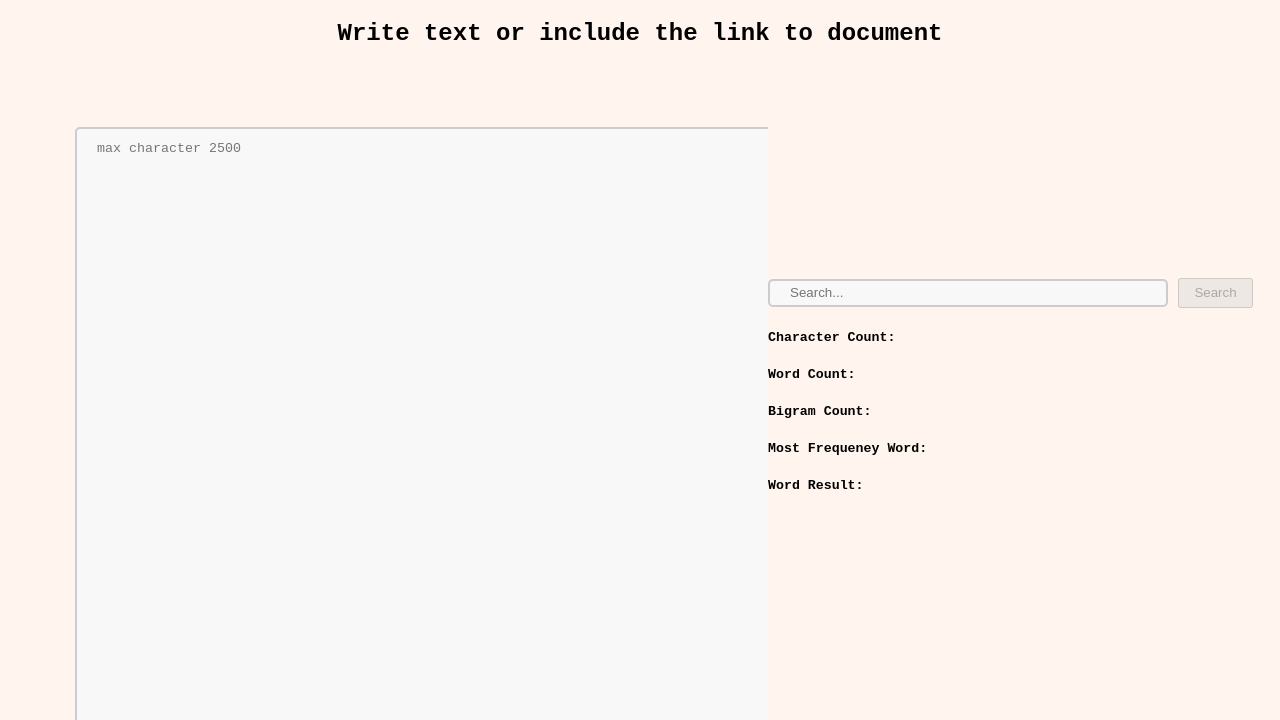
Repository: zitac234/TTPProject
Page: /
The author's editor kept a copy of each file at every save. The page is drawn from the files as they stood at one save, then again after the next save.
The browser window is 1280 px wide. The pictures show the whole page.
The project was rebuilt for these pictures with package versions that can differ from the ones it lists, and the page was loaded fresh each time. Also part of the build but not shown: webpack.config.js.

Above is the page before, as saved 2021-06-20 02:34:49.

### public/index.html
<!DOCTYPE html>
<html lang="en">
<head>
      <meta charset="UTF-8">
      <meta http-equiv="X-UA-Compatible" content="IE=edge">
      <meta name="viewport" content="width=device-width, initial-scale=1.0">
      <script src="/bundle.js" defer></script>
      <title>Google Word Count</title>
      <link rel="stylesheet" href="/style.css" />
</head>
<body>
      <div id="app"></div>
</body>
</html>

### client/index.js
import React from 'react';
// import Form from './Form'
import CreateForm from './CreateForm'
import ReactDOM from 'react-dom';

ReactDOM.render(
  // <Form/>,
  <CreateForm/>,
  document.getElementById('app')
)

### client/CreateForm.js
import React, { useState } from 'react'
import Form  from './Form'

// export default class CreateForm extends React.Component{
//       constructor(){
//             super()
//             this.state = {
//                   search :'',
//                   text : '',
//             }
//             this.handleChange = this.handleChange.bind(this)
//             this.handleSubmit = this.handleSubmit.bind(this)
//             this.countSentence = this.countSentence.bind(this)
//       }
//       handleChange(evt){
//             this.setState({
//                   [evt.target.name]: evt.target.value
//             })
//       }
//       countSentences(){
//             let regex = /[!\.\?]/
//             let textSplit = this.state.text.split(regex)
//             let sentenceArray = textSplit.filter(sentence => sentence && sentence.trim())
//             return sentenceArray.length
//       }
//       async handleSubmit (evt){
//             evt.preventDefault()
//       }
//       render(){
//             return (
//                   <Form
//                   {...this.state }
//                   handleChange={this.handleChange}
//                   handleSubmit={this.handleSubmit}
//                   numberOfSentence = {this.countSentences}
//                   />
//             )
//       }
// }

export default function CreateForm (props) {
      const [text, setText] = useState('')
      const [search, setSearch] = useState('')
      let numberOfSentence = 0
      function handleChange(evt){
            if(evt.target.name === 'text') setText(evt.target.value)
            else setSearch(evt.target.value)
            // numberOfSentence = countSentences(text)
            console.log('text:', text, 'numberOfSentence', numberOfSentence)
      }
      function handleSubmit(evt){
            evt.preventDefault()
      }
      return(
            <Form
                  // {...this.state }
                  text={text}
                  search={search}
                  handleChange={handleChange}
                  handleSubmit={handleSubmit}
                  numberOfSentence = {countSentences }
                  />
      )
}
const countSentences = (str)=>{
      let regex = /[!\.\?]/
      let textSplit = str.split(regex)
      let sentenceArray = textSplit.filter(sentence => sentence && sentence.trim())
      return sentenceArray.length
}

### client/Form.js
import React from 'react'

export default function Form(props){
      console.log('props', props)
      return (
            <div>
                  <h2 id = 'paragraph'>Write text or include the link to document</h2>
                  <div className = 'split left'>
                        <div  className = 'centered'>
                              <p  id = 'line'><textarea  name= 'text'   onChange={props.handleChange} id = 'textarea'  placeholder = 'max character 2500' maxLength='2500'></textarea></p>
                        </div>
                  </div>
                  <div className = 'split right'>
                        <div className = 'centered'>
                              <form  onSubmit={props.handleSubmit} >
                                    <input  name="search"  onChange={props.handleChange} type="text" placeholder = 'Search...'/>
                                    <button  type='submit' disabled={!props.search}>Search</button>
                              </form>
                              <h5>Character Count:</h5>
                              <h5>Word Count:</h5>
                              {/* <h5>Sentence Count:{props.numberOfSentence()}</h5> */}
                              <h5>Bigram  Count:</h5>
                              <h5>Most Frequeney Word:</h5>
                              <h5>Word Result:</h5> {/*word serch result */}
                        </div>
                  </div>
            </div>
      )
}

### public/style.css
body{
      font-family: 'Courier New', Courier, monospace;
      background-color: seashell;
}
.split{
      height: 100%;
      position: fixed;
      z-index: 1;
      top: 0;
      overflow-x: hidden;
      overflow-y: hidden
}
#line{
      border-right: 2px solid red;
      padding: 75px;
}
.left{
      left:0;
      width: 60%;
}
.right{
      right:0%;
      width: 40%;
}
.centered {
      position: absolute;
      top: 5%;
}
textarea {
      width: 700px;
      height: 650px;
      left: 5%;
}
input{
      margin-top: 50%;
      width: 400px;
      height:25px;
}
input, textarea{
      padding: 12px 20px;
      box-sizing: border-box;
      border: 2px solid #ccc;
      border-radius: 5px;
      background-color: #f8f8f8;
      resize: none;
}
button{
      width:75px;
      height: 30px;
      margin-left: 10px;
}
#paragraph{
      text-align: center;
}

After the next save:
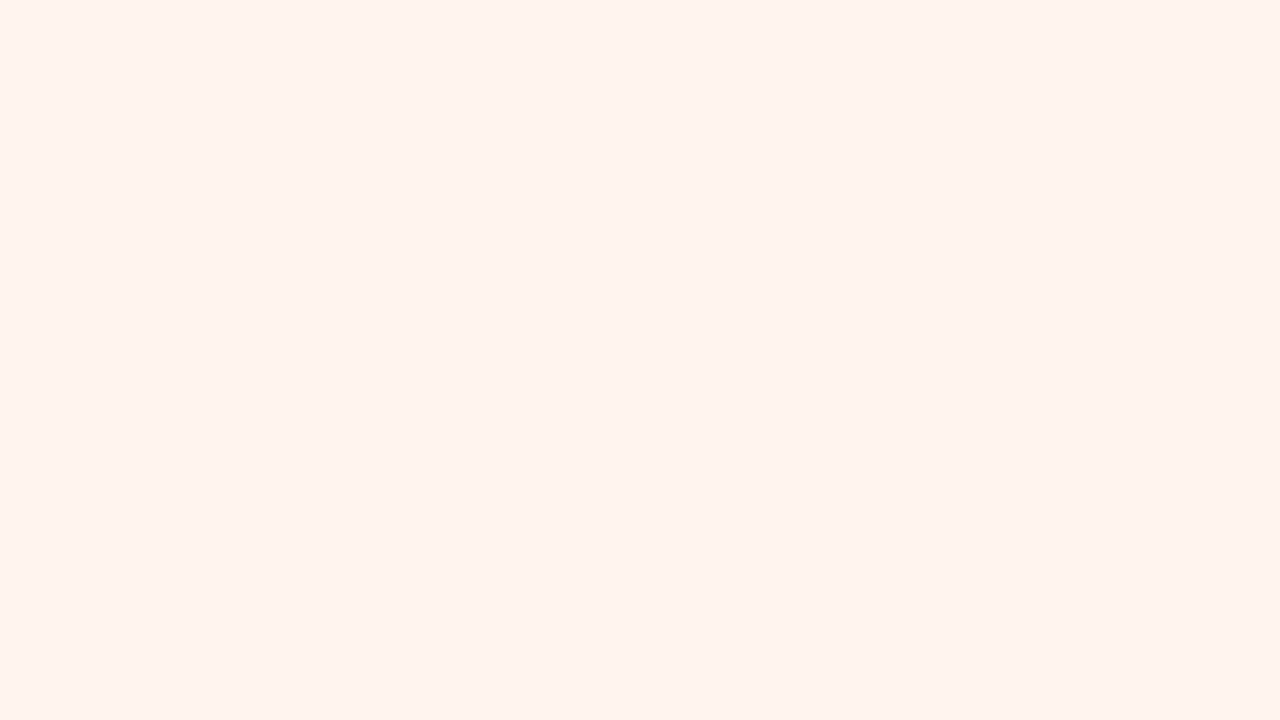
Console error: TypeError: Cannot read properties of undefined (reading 'split')
Saved 10 s later.
--- a/client/Form.js
+++ b/client/Form.js
@@ -18,7 +18,7 @@
                               </form>
                               <h5>Character Count:</h5>
                               <h5>Word Count:</h5>
-                              {/* <h5>Sentence Count:{props.numberOfSentence()}</h5> */}
+                              <h5>Sentence Count:{props.numberOfSentence()}</h5>
                               <h5>Bigram  Count:</h5>
                               <h5>Most Frequeney Word:</h5>
                               <h5>Word Result:</h5> {/*word serch result */}

After the save that followed:
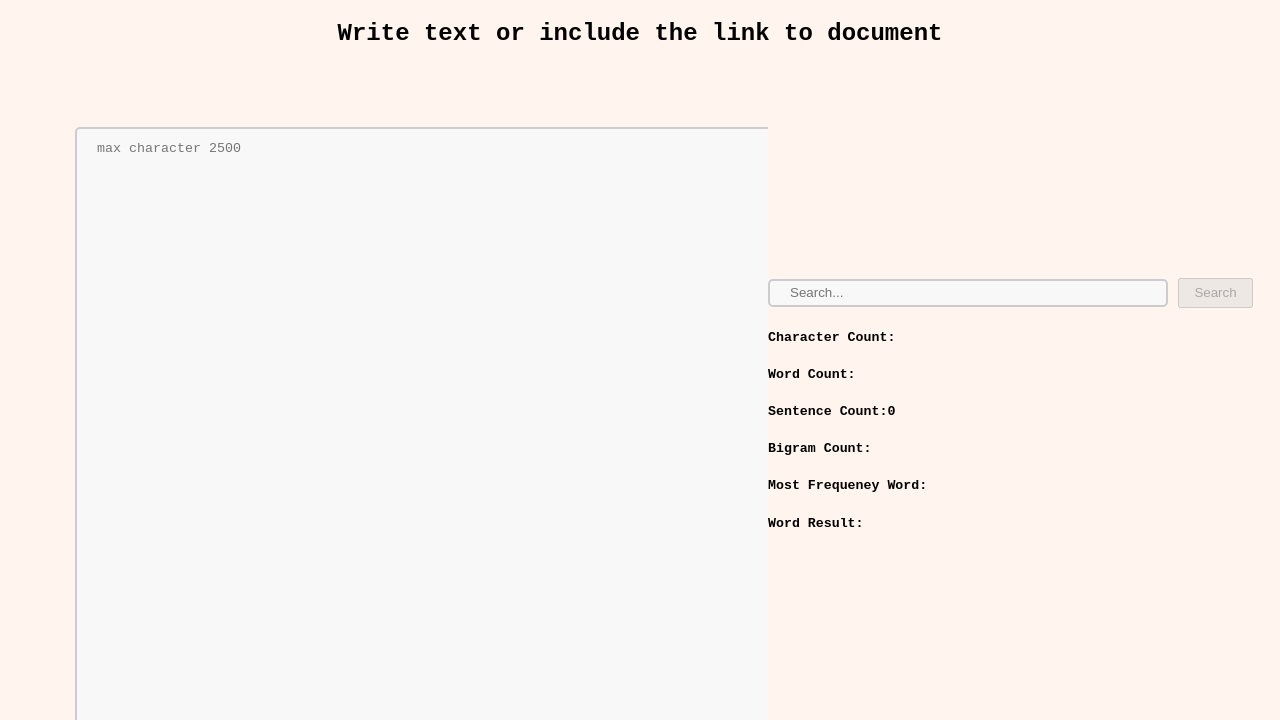
The error is gone.
Saved 9 s later.
--- a/client/Form.js
+++ b/client/Form.js
@@ -18,7 +18,7 @@
                               </form>
                               <h5>Character Count:</h5>
                               <h5>Word Count:</h5>
-                              <h5>Sentence Count:{props.numberOfSentence()}</h5>
+                              <h5>Sentence Count:{props.numberOfSentence(props.text)}</h5>
                               <h5>Bigram  Count:</h5>
                               <h5>Most Frequeney Word:</h5>
                               <h5>Word Result:</h5> {/*word serch result */}
